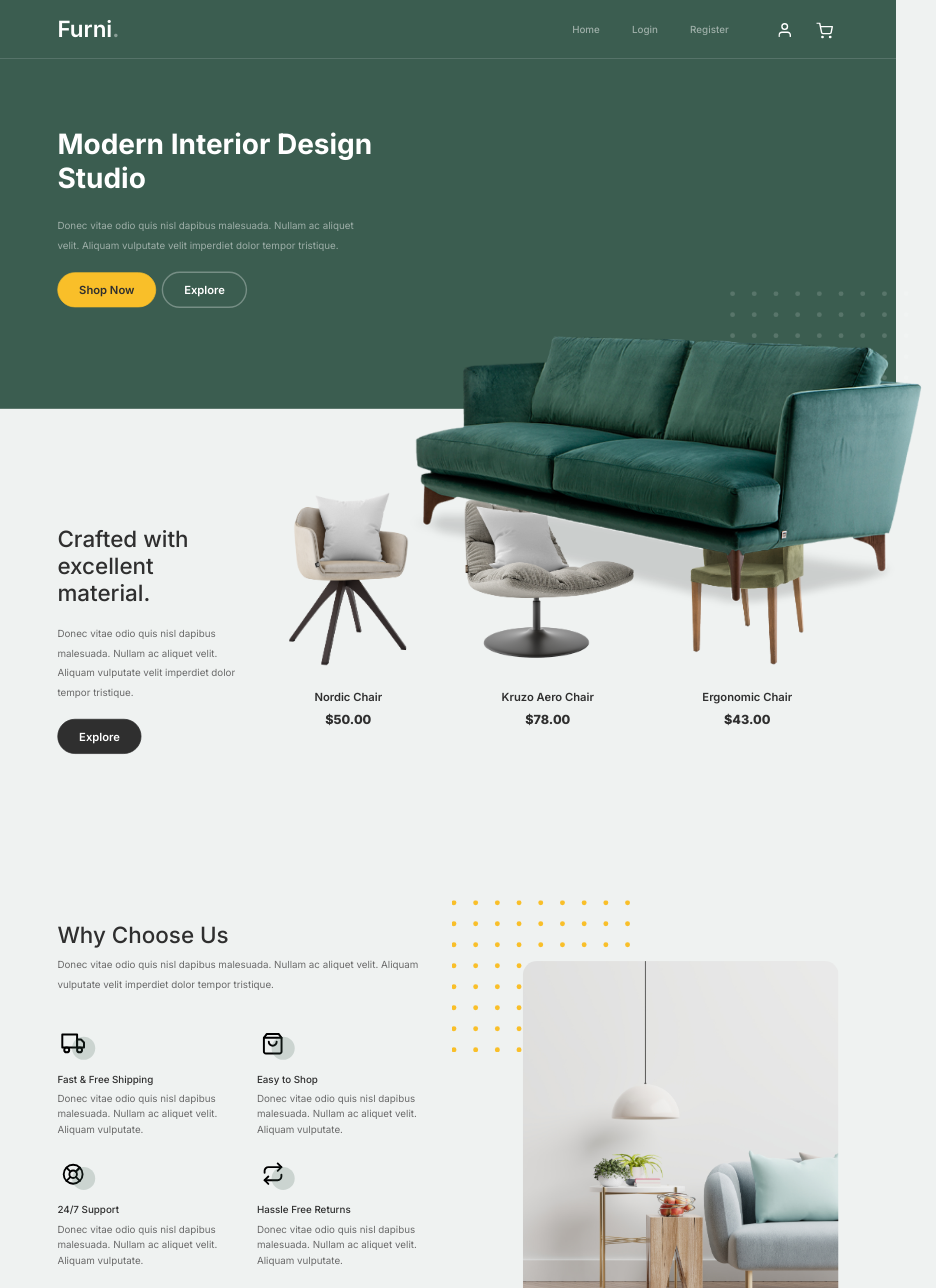
Repository: testuser85495/Java-Practical
Page: http://localhost/Project_Demo/
These files come from the project's save history. The page is drawn as it stood at one moment and after the next save; the edit follows.
The browser window is 1280 px wide. The page is 1337 px wide, so the pictures cover 1337 px, including what lies to the right of the window. The pictures show the part of the page from y = 0 to 1840 px (the page is 5105 px tall before and 5161 px after), at 70% of full size.
The page is served by Tomcat 9. Other server files are loaded and not shown.

Above is the page before, as saved 2024-07-14 08:32:09.

### Project_Demo/src/main/webapp/index.jsp
<%@ page language="java" contentType="text/html; charset=UTF-8"
	pageEncoding="UTF-8"%>
<%-- <%@include file="header.jsp"%> --%>
<!doctype html>
<html lang="en">

<head>
<meta charset="utf-8">
<meta name="viewport"
	content="width=device-width, initial-scale=1, shrink-to-fit=no">
<meta name="author" content="Untree.co">
<link rel="shortcut icon" href="favicon.png">

<meta name="description" content="" />
<meta name="keywords" content="bootstrap, bootstrap4" />

<!-- Bootstrap CSS -->
<link href="css/bootstrap.min.css" rel="stylesheet">
<link
	href="https://cdnjs.cloudflare.com/ajax/libs/font-awesome/6.0.0-beta3/css/all.min.css"
	rel="stylesheet">
<link href="css/tiny-slider.css" rel="stylesheet">
<link href="css/style.css" rel="stylesheet">
<title>Furni Free Bootstrap 5 Template for Furniture and
	Interior Design Websites by Untree.co</title>
</head>
<style>
.dropdown:hover .dropdown-content {
	display: block;
}

.dropdown-content {
	display: none;
	position: absolute;
	background-color: #3b5d50;
	min-width: max-content; /* 200px; */
	box-shadow: 0px 8px 16px 0px rgba(0, 0, 0, 0.2);
	padding: 11px;
	z-index: 10;
	/* margin-left: 0px; */
}

.dropdown {
	position: relative;
	display: inline-block;
}
</style>
<body>

	<!-- Start Header/Navigation -->
	<nav
		class="custom-navbar navbar navbar navbar-expand-md navbar-dark bg-dark"
		arial-label="Furni navigation bar">

		<div class="container">
			<a class="navbar-brand" href="index.html">Furni<span>.</span></a>

			<button class="navbar-toggler" type="button"
				data-bs-toggle="collapse" data-bs-target="#navbarsFurni"
				aria-controls="navbarsFurni" aria-expanded="false"
				aria-label="Toggle navigation">
				<span class="navbar-toggler-icon"></span>
			</button>

			<div class="collapse navbar-collapse" id="navbarsFurni">
				<ul class="custom-navbar-nav navbar-nav ms-auto mb-2 mb-md-0">
					<li class="nav-item "><a class="nav-link" href="index.jsp">Home</a>
					</li>
					<!-- <li><a class="nav-link" href="shop.jsp">Shop</a></li> -->
					<!-- <li><a class="nav-link" href="about.html">About us</a></li> -->
					<!-- <li><a class="nav-link" href="services.html">Services</a></li> -->

					<div class="dropdown">
						<li><a class="nav-link" href="#">Login</a></li>
						<div class="dropdown-content">
							<ul type="none">
								<li><a href="login.jsp" style="text-decoration: none;">cust-login</a></li>
							</ul>
							<ul type="none">
								<li><a href="sell-login.jsp" style="text-decoration: none;">sell-login</a></li>
							</ul>
						</div>
					</div>



					<div class="dropdown">
						<li><a class="nav-link" href="#">Register</a></li>
						<div class="dropdown-content">
							<ul type="none">
								<li><a href="register.jsp" style="text-decoration: none;">cust-Register</a></li>
							</ul>
							<ul type="none">
								<li><a href="sell-register.jsp"
									style="text-decoration: none;">sell-Register</a></li>
							</ul>
						</div>
					</div>
				</ul>

				<ul class="custom-navbar-cta navbar-nav mb-2 mb-md-0 ms-5">
					<li><a class="nav-link" href="#"><img
							src="images/user.svg"></a></li>
					<li><a class="nav-link" href="#"><img
							src="images/cart.svg"></a></li>
				</ul>
			</div>
		</div>

	</nav>
	<!-- End Header/Navigation -->

	<!-- Start Hero Section -->
	<div class="hero">
		<div class="container">
			<div class="row justify-content-between">
				<div class="col-lg-5">
					<div class="intro-excerpt">
						<h1>
							Modern Interior <span clsas="d-block">Design Studio</span>
						</h1>
						<p class="mb-4">Donec vitae odio quis nisl dapibus malesuada.
							Nullam ac aliquet velit. Aliquam vulputate velit imperdiet dolor
							tempor tristique.</p>
						<p>
							<a href="#" class="btn btn-secondary me-2">Shop Now</a><a href="#"
								class="btn btn-white-outline">Explore</a>
						</p>
					</div>
				</div>
				<div class="col-lg-7">
					<div class="hero-img-wrap">
						<img src="images/couch.png" class="img-fluid">
					</div>
				</div>
			</div>
		</div>
	</div>
	<!-- End Hero Section -->

	<!-- Start Product Section -->
	<div class="product-section">
		<div class="container">
			<div class="row">

				<!-- Start Column 1 -->
				<div class="col-md-12 col-lg-3 mb-5 mb-lg-0">
					<h2 class="mb-4 section-title">Crafted with excellent
						material.</h2>
					<p class="mb-4">Donec vitae odio quis nisl dapibus malesuada.
						Nullam ac aliquet velit. Aliquam vulputate velit imperdiet dolor
						tempor tristique.</p>
					<p>
						<a href="" class="btn">Explore</a>
					</p>
				</div>
				<!-- End Column 1 -->

				<!-- Start Column 2 -->
				<div class="col-12 col-md-4 col-lg-3 mb-5 mb-md-0">
					<a class="product-item" href="#"> <img
						src="images/product-1.png" class="img-fluid product-thumbnail">
						<h3 class="product-title">Nordic Chair</h3> <strong
						class="product-price">$50.00</strong> <span class="icon-cross">
							<img src="images/cross.svg" class="img-fluid">
					</span>
					</a>
				</div>
				<!-- End Column 2 -->

				<!-- Start Column 3 -->
				<div class="col-12 col-md-4 col-lg-3 mb-5 mb-md-0">
					<a class="product-item" href="#"> <img
						src="images/product-2.png" class="img-fluid product-thumbnail">
						<h3 class="product-title">Kruzo Aero Chair</h3> <strong
						class="product-price">$78.00</strong> <span class="icon-cross">
							<img src="images/cross.svg" class="img-fluid">
					</span>
					</a>
				</div>
				<!-- End Column 3 -->

				<!-- Start Column 4 -->
				<div class="col-12 col-md-4 col-lg-3 mb-5 mb-md-0">
					<a class="product-item" href="#"> <img
						src="images/product-3.png" class="img-fluid product-thumbnail">
						<h3 class="product-title">Ergonomic Chair</h3> <strong
						class="product-price">$43.00</strong> <span class="icon-cross">
							<img src="images/cross.svg" class="img-fluid">
					</span>
					</a>
				</div>
				<!-- End Column 4 -->

			</div>
		</div>
	</div>
	<!-- End Product Section -->

	<!-- Start Why Choose Us Section -->
	<div class="why-choose-section">
		<div class="container">
			<div class="row justify-content-between">
				<div class="col-lg-6">
					<h2 class="section-title">Why Choose Us</h2>
					<p>Donec vitae odio quis nisl dapibus malesuada. Nullam ac
						aliquet velit. Aliquam vulputate velit imperdiet dolor tempor
						tristique.</p>

					<div class="row my-5">
						<div class="col-6 col-md-6">
							<div class="feature">
								<div class="icon">
									<img src="images/truck.svg" alt="Image" class="imf-fluid">
								</div>
								<h3>Fast &amp; Free Shipping</h3>
								<p>Donec vitae odio quis nisl dapibus malesuada. Nullam ac
									aliquet velit. Aliquam vulputate.</p>
							</div>
						</div>

						<div class="col-6 col-md-6">
							<div class="feature">
								<div class="icon">
									<img src="images/bag.svg" alt="Image" class="imf-fluid">
								</div>
								<h3>Easy to Shop</h3>
								<p>Donec vitae odio quis nisl dapibus malesuada. Nullam ac
									aliquet velit. Aliquam vulputate.</p>
							</div>
						</div>

						<div class="col-6 col-md-6">
							<div class="feature">
								<div class="icon">
									<img src="images/support.svg" alt="Image" class="imf-fluid">
								</div>
								<h3>24/7 Support</h3>
								<p>Donec vitae odio quis nisl dapibus malesuada. Nullam ac
									aliquet velit. Aliquam vulputate.</p>
							</div>
						</div>

						<div class="col-6 col-md-6">
							<div class="feature">
								<div class="icon">
									<img src="images/return.svg" alt="Image" class="imf-fluid">
								</div>
								<h3>Hassle Free Returns</h3>
								<p>Donec vitae odio quis nisl dapibus malesuada. Nullam ac
									aliquet velit. Aliquam vulputate.</p>
							</div>
						</div>

					</div>
				</div>

				<div class="col-lg-5">
					<div class="img-wrap">
						<img src="images/why-choose-us-img.jpg" alt="Image"
							class="img-fluid">
					</div>
				</div>

			</div>
		</div>
	</div>
	<!-- End Why Choose Us Section -->

	<!-- Start We Help Section -->
	<div class="we-help-section">
		<div class="container">
			<div class="row justify-content-between">
				<div class="col-lg-7 mb-5 mb-lg-0">
					<div class="imgs-grid">
						<div class="grid grid-1">
							<img src="images/img-grid-1.jpg" alt="Untree.co">
						</div>
						<div class="grid grid-2">
							<img src="images/img-grid-2.jpg" alt="Untree.co">
						</div>
						<div class="grid grid-3">
							<img src="images/img-grid-3.jpg" alt="Untree.co">
						</div>
					</div>
				</div>
				<div class="col-lg-5 ps-lg-5">
					<h2 class="section-title mb-4">We Help You Make Modern
						Interior Design</h2>
					<p>Donec facilisis quam ut purus rutrum lobortis. Donec vitae
						odio quis nisl dapibus malesuada. Nullam ac aliquet velit. Aliquam
						vulputate velit imperdiet dolor tempor tristique. Pellentesque
						habitant morbi tristique senectus et netus et malesuada</p>

					<ul class="list-unstyled custom-list my-4">
						<li>Donec vitae odio quis nisl dapibus malesuada</li>
						<li>Donec vitae odio quis nisl dapibus malesuada</li>
						<li>Donec vitae odio quis nisl dapibus malesuada</li>
						<li>Donec vitae odio quis nisl dapibus malesuada</li>
					</ul>
					<p>
						<a herf="#" class="btn">Explore</a>
					</p>
				</div>
			</div>
		</div>
	</div>
	<!-- End We Help Section -->

	<!-- Start Popular Product -->
	<div class="popular-product">
		<div class="container">
			<div class="row">

				<div class="col-12 col-md-6 col-lg-4 mb-4 mb-lg-0">
					<div class="product-item-sm d-flex">
						<div class="thumbnail">
							<img src="images/product-1.png" alt="Image" class="img-fluid">
						</div>
						<div class="pt-3">
							<h3>Nordic Chair</h3>
							<p>Donec facilisis quam ut purus rutrum lobortis. Donec vitae
								odio</p>
							<p>
								<a href="#">Read More</a>
							</p>
						</div>
					</div>
				</div>

				<div class="col-12 col-md-6 col-lg-4 mb-4 mb-lg-0">
					<div class="product-item-sm d-flex">
						<div class="thumbnail">
							<img src="images/product-2.png" alt="Image" class="img-fluid">
						</div>
						<div class="pt-3">
							<h3>Kruzo Aero Chair</h3>
							<p>Donec facilisis quam ut purus rutrum lobortis. Donec vitae
								odio</p>
							<p>
								<a href="#">Read More</a>
							</p>
						</div>
					</div>
				</div>

				<div class="col-12 col-md-6 col-lg-4 mb-4 mb-lg-0">
					<div class="product-item-sm d-flex">
						<div class="thumbnail">
							<img src="images/product-3.png" alt="Image" class="img-fluid">
						</div>
						<div class="pt-3">
							<h3>Ergonomic Chair</h3>
							<p>Donec facilisis quam ut purus rutrum lobortis. Donec vitae
								odio</p>
							<p>
								<a href="#">Read More</a>
							</p>
						</div>
					</div>
				</div>

			</div>
		</div>
	</div>
	<!-- End Popular Product -->

	<!-- Start Testimonial Slider -->
	<div class="testimonial-section">
		<div class="container">
			<div class="row">
				<div class="col-lg-7 mx-auto text-center">
					<h2 class="section-title">Testimonials</h2>
				</div>
			</div>

			<div class="row justify-content-center">
				<div class="col-lg-12">
					<div class="testimonial-slider-wrap text-center">

						<div id="testimonial-nav">
							<span class="prev" data-controls="prev"><span
								class="fa fa-chevron-left"></span></span> <span class="next"
								data-controls="next"><span class="fa fa-chevron-right"></span></span>
						</div>

						<div class="testimonial-slider">

							<div class="item">
								<div class="row justify-content-center">
									<div class="col-lg-8 mx-auto">

										<div class="testimonial-block text-center">
											<blockquote class="mb-5">
												<p>&ldquo;Donec facilisis quam ut purus rutrum lobortis.
													Donec vitae odio quis nisl dapibus malesuada. Nullam ac
													aliquet velit. Aliquam vulputate velit imperdiet dolor
													tempor tristique. Pellentesque habitant morbi tristique
													senectus et netus et malesuada fames ac turpis egestas.
													Integer convallis volutpat dui quis scelerisque.&rdquo;</p>
											</blockquote>

											<div class="author-info">
												<div class="author-pic">
													<img src="images/person-1.png" alt="Maria Jones"
														class="img-fluid">
												</div>
												<h3 class="font-weight-bold">Maria Jones</h3>
												<span class="position d-block mb-3">CEO, Co-Founder,
													XYZ Inc.</span>
											</div>
										</div>

									</div>
								</div>
							</div>
							<!-- END item -->

							<div class="item">
								<div class="row justify-content-center">
									<div class="col-lg-8 mx-auto">

										<div class="testimonial-block text-center">
											<blockquote class="mb-5">
												<p>&ldquo;Donec facilisis quam ut purus rutrum lobortis.
													Donec vitae odio quis nisl dapibus malesuada. Nullam ac
													aliquet velit. Aliquam vulputate velit imperdiet dolor
													tempor tristique. Pellentesque habitant morbi tristique
													senectus et netus et malesuada fames ac turpis egestas.
													Integer convallis volutpat dui quis scelerisque.&rdquo;</p>
											</blockquote>

											<div class="author-info">
												<div class="author-pic">
													<img src="images/person-1.png" alt="Maria Jones"
														class="img-fluid">
												</div>
												<h3 class="font-weight-bold">Maria Jones</h3>
												<span class="position d-block mb-3">CEO, Co-Founder,
													XYZ Inc.</span>
											</div>
										</div>

									</div>
								</div>
							</div>
							<!-- END item -->

							<div class="item">
								<div class="row justify-content-center">
									<div class="col-lg-8 mx-auto">

										<div class="testimonial-block text-center">
											<blockquote class="mb-5">
												<p>&ldquo;Donec facilisis quam ut purus rutrum lobortis.
													Donec vitae odio quis nisl dapibus malesuada. Nullam ac
													aliquet velit. Aliquam vulputate velit imperdiet dolor
													tempor tristique. Pellentesque habitant morbi tristique
													senectus et netus et malesuada fames ac turpis egestas.
													Integer convallis volutpat dui quis scelerisque.&rdquo;</p>
											</blockquote>

											<div class="author-info">
												<div class="author-pic">
													<img src="images/person-1.png" alt="Maria Jones"
														class="img-fluid">
												</div>
												<h3 class="font-weight-bold">Maria Jones</h3>
												<span class="position d-block mb-3">CEO, Co-Founder,
													XYZ Inc.</span>
											</div>
										</div>

									</div>
								</div>
							</div>
							<!-- END item -->

						</div>

					</div>
				</div>
			</div>
		</div>
	</div>
	<!-- End Testimonial Slider -->

	<!-- Start Blog Section -->
	<div class="blog-section">
		<div class="container">
			<div class="row mb-5">
				<div class="col-md-6">
					<h2 class="section-title">Recent Blog</h2>
				</div>
				<div class="col-md-6 text-start text-md-end">
					<a href="#" class="more">View All Posts</a>
				</div>
			</div>

			<div class="row">

				<div class="col-12 col-sm-6 col-md-4 mb-4 mb-md-0">
					<div class="post-entry">
						<a href="#" class="post-thumbnail"><img
							src="images/post-1.jpg" alt="Image" class="img-fluid"></a>
						<div class="post-content-entry">
							<h3>
								<a href="#">First Time Home Owner Ideas</a>
							</h3>
							<div class="meta">
								<span>by <a href="#">Kristin Watson</a></span> <span>on <a
									href="#">Dec 19, 2021</a></span>
							</div>
						</div>
					</div>
				</div>

				<div class="col-12 col-sm-6 col-md-4 mb-4 mb-md-0">
					<div class="post-entry">
						<a href="#" class="post-thumbnail"><img
							src="images/post-2.jpg" alt="Image" class="img-fluid"></a>
						<div class="post-content-entry">
							<h3>
								<a href="#">How To Keep Your Furniture Clean</a>
							</h3>
							<div class="meta">
								<span>by <a href="#">Robert Fox</a></span> <span>on <a
									href="#">Dec 15, 2021</a></span>
							</div>
						</div>
					</div>
				</div>

				<div class="col-12 col-sm-6 col-md-4 mb-4 mb-md-0">
					<div class="post-entry">
						<a href="#" class="post-thumbnail"><img
							src="images/post-3.jpg" alt="Image" class="img-fluid"></a>
						<div class="post-content-entry">
							<h3>
								<a href="#">Small Space Furniture Apartment Ideas</a>
							</h3>
							<div class="meta">
								<span>by <a href="#">Kristin Watson</a></span> <span>on <a
									href="#">Dec 12, 2021</a></span>
							</div>
						</div>
					</div>
				</div>

			</div>
		</div>
	</div>

</body>

</html>
<%@include file="footer.jsp"%>

Loaded but not shown: Project_Demo/src/main/webapp/css/bootstrap.min.css (library); Project_Demo/src/main/webapp/js/bootstrap.bundle.min.js (library); Project_Demo/src/main/webapp/js/tiny-slider.js (library); Project_Demo/src/main/webapp/images/dots-yellow.svg (74 lines, source omitted); Project_Demo/src/main/webapp/images/dots-green.svg (74 lines, source omitted); Project_Demo/src/main/webapp/images/dots-light.svg (76 lines, source omitted); Project_Demo/src/main/webapp/images/support.svg (9 lines, source omitted); Project_Demo/src/main/webapp/images/truck.svg (6 lines, source omitted); Project_Demo/src/main/webapp/images/envelope-outline.svg (10 lines, source omitted); Project_Demo/src/main/webapp/images/cart.svg (5 lines, source omitted); Project_Demo/src/main/webapp/images/return.svg (6 lines, source omitted); Project_Demo/src/main/webapp/images/bag.svg (5 lines, source omitted); Project_Demo/src/main/webapp/images/user.svg (4 lines, source omitted); Project_Demo/src/main/webapp/images/cross.svg (4 lines, source omitted); Project_Demo/src/main/webapp/js/custom.js (73 lines, source omitted); Project_Demo/src/main/webapp/css/style.css (1033 lines, source omitted); Project_Demo/src/main/webapp/footer.jsp (150 lines, source omitted); Project_Demo/src/main/webapp/css/tiny-slider.css (169 lines, source omitted)

After the next save:
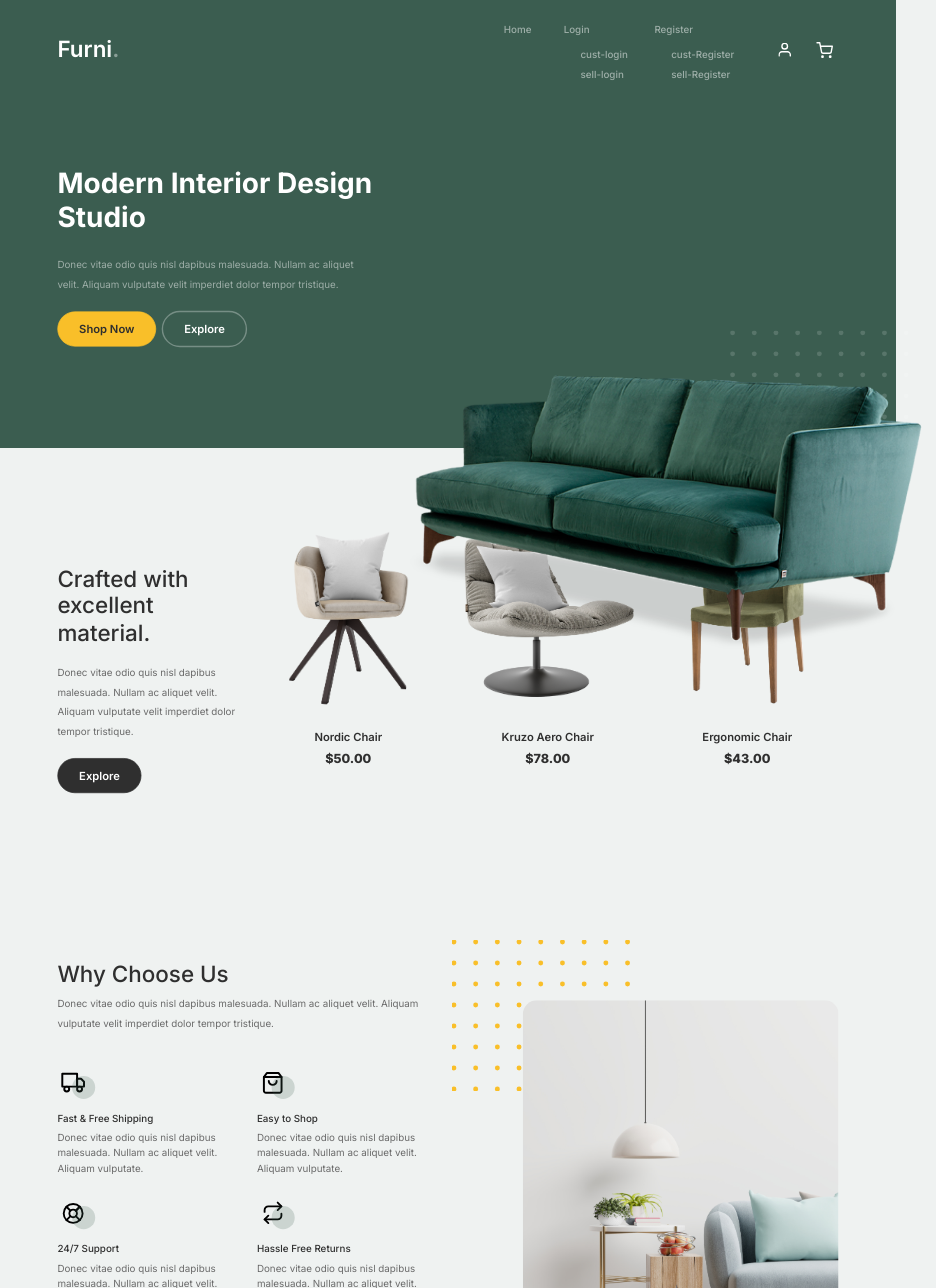
Saved 11 s later.
--- a/Project_Demo/src/main/webapp/index.jsp
+++ b/Project_Demo/src/main/webapp/index.jsp
@@ -24,7 +24,7 @@
 <title>Furni Free Bootstrap 5 Template for Furniture and
 	Interior Design Websites by Untree.co</title>
 </head>
-<style>
+<!-- <style>
 .dropdown:hover .dropdown-content {
 	display: block;
 }
@@ -44,7 +44,7 @@
 	position: relative;
 	display: inline-block;
 }
-</style>
+</style> -->
 <body>
 
 	<!-- Start Header/Navigation -->

After the save that followed:
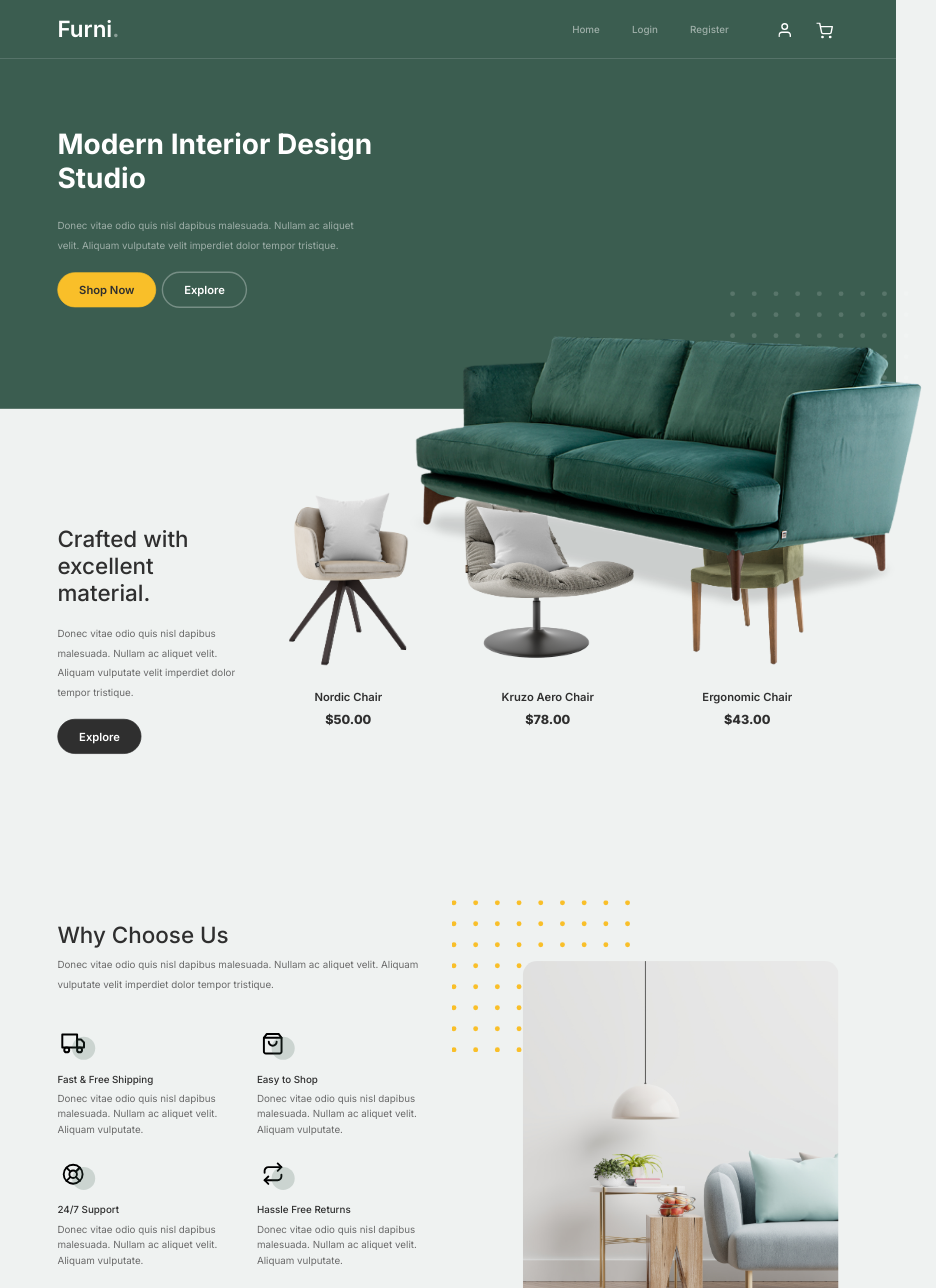
Saved 6 s later.
--- a/Project_Demo/src/main/webapp/index.jsp
+++ b/Project_Demo/src/main/webapp/index.jsp
@@ -24,7 +24,7 @@
 <title>Furni Free Bootstrap 5 Template for Furniture and
 	Interior Design Websites by Untree.co</title>
 </head>
-<!-- <style>
+<style>
 .dropdown:hover .dropdown-content {
 	display: block;
 }
@@ -44,7 +44,7 @@
 	position: relative;
 	display: inline-block;
 }
-</style> -->
+</style>
 <body>
 
 	<!-- Start Header/Navigation -->
@@ -123,7 +123,7 @@
 							Nullam ac aliquet velit. Aliquam vulputate velit imperdiet dolor
 							tempor tristique.</p>
 						<p>
-							<a href="#" class="btn btn-secondary me-2">Shop Now</a><a href="#"
+							<a href="" class="btn btn-secondary me-2">Shop Now</a><a href="#"
 								class="btn btn-white-outline">Explore</a>
 						</p>
 					</div>
